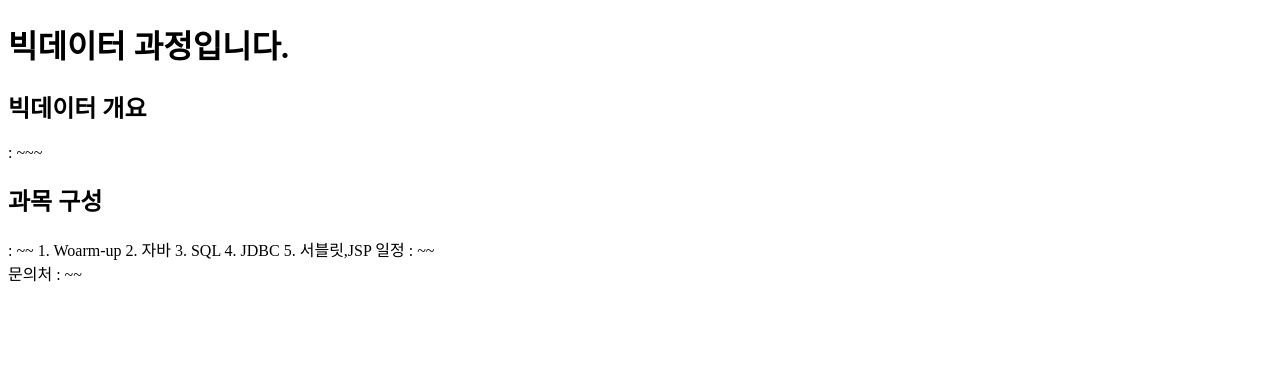
Repository: ybshim90/sesac1
Page: day_20211216_03_hello/src/main/webapp/hello.html
The author's editor kept a copy of each file at every save. The page is drawn from the files as they stood at one save, then again after the next save.
The browser window is 1280 px wide. The pictures show the whole page.

Above is the page before, as saved 2021-12-16 07:37:15.

### day_20211216_03_hello/src/main/webapp/hello.html
<!DOCTYPE html>
<html>
	<head>
		<meta charset="UTF-8">
		<title>빅데이터 과정 소개</title>
	</head>
	<body>
		<h1>빅데이터 과정입니다.</h1>
		<h2>빅데이터 개요</h2> : ~~~
		<h2>과목 구성</h2> : ~~
		1. Woarm-up
		2. 자바
		3. SQL
		4. JDBC
		5. 서블릿,JSP

		일정 : ~~<br>
		문의처 : ~~

	</body>
</html>

After the next save:
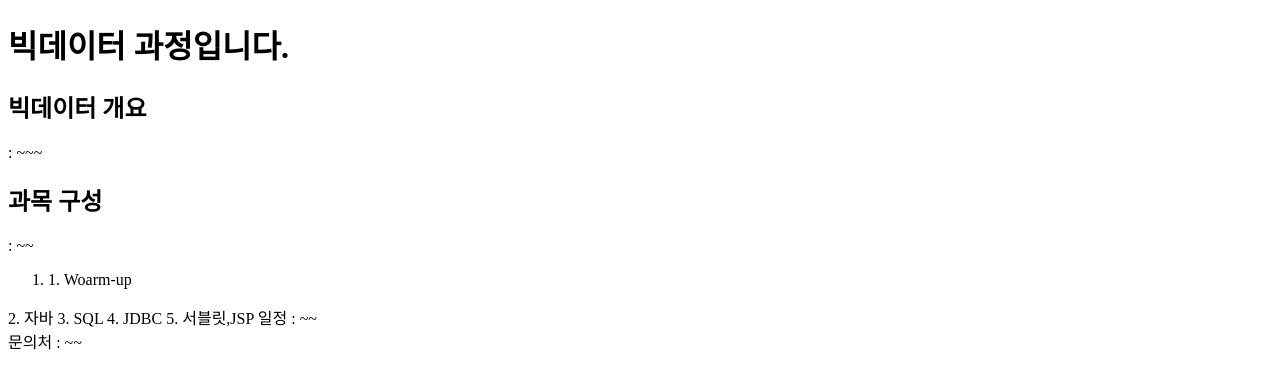
Saved 63 s later.
--- a/day_20211216_03_hello/src/main/webapp/hello.html
+++ b/day_20211216_03_hello/src/main/webapp/hello.html
@@ -8,7 +8,10 @@
 		<h1>빅데이터 과정입니다.</h1>
 		<h2>빅데이터 개요</h2> : ~~~
 		<h2>과목 구성</h2> : ~~
-		1. Woarm-up
+		<ol>
+			<li>1. Woarm-up</li>
+		</ol>
+
 		2. 자바
 		3. SQL
 		4. JDBC
